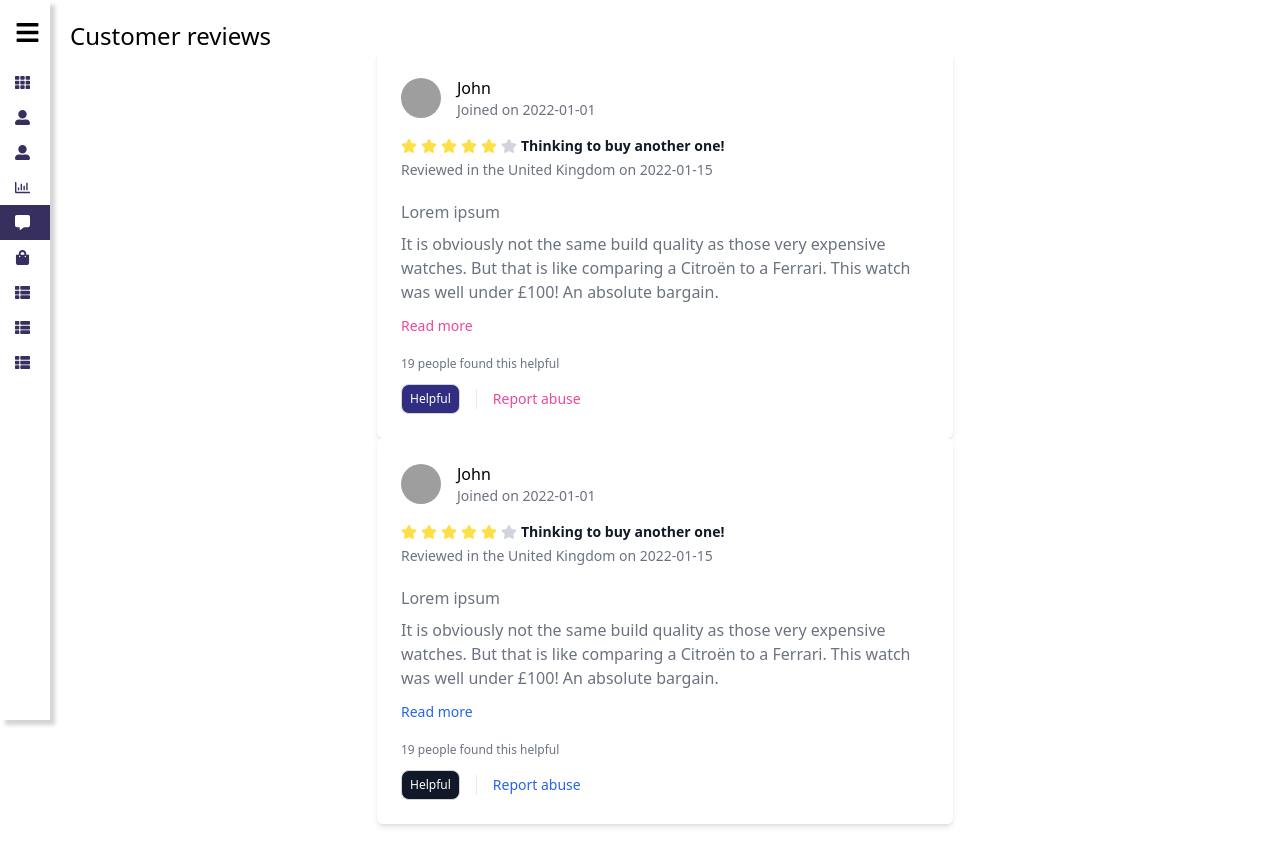
Repository: AndargWorku12/admin-dashboard
Page: /review
These files come from the project's save history. The page is drawn as it stood at one moment and after the next save; the edit follows.
The browser window is 1280 px wide. The pictures show the whole page.
Pictures or frames that could not be fetched are drawn as grey boxes. The project was rebuilt for these pictures with package versions that can differ from the ones it lists, and the page was loaded fresh each time. Also part of the build but not shown: src/styles/analytics.css, src/pages/Analytics.tsx, src/pages/Dashboard.tsx, src/styles/orders.css, src/pages/OrderTable.tsx, src/pages/OrderModal.tsx, src/pages/Orders.tsx, src/styles/category.css and 11 more.

Above is the page before, as saved 2024-02-03 03:30:10.

After the next save:
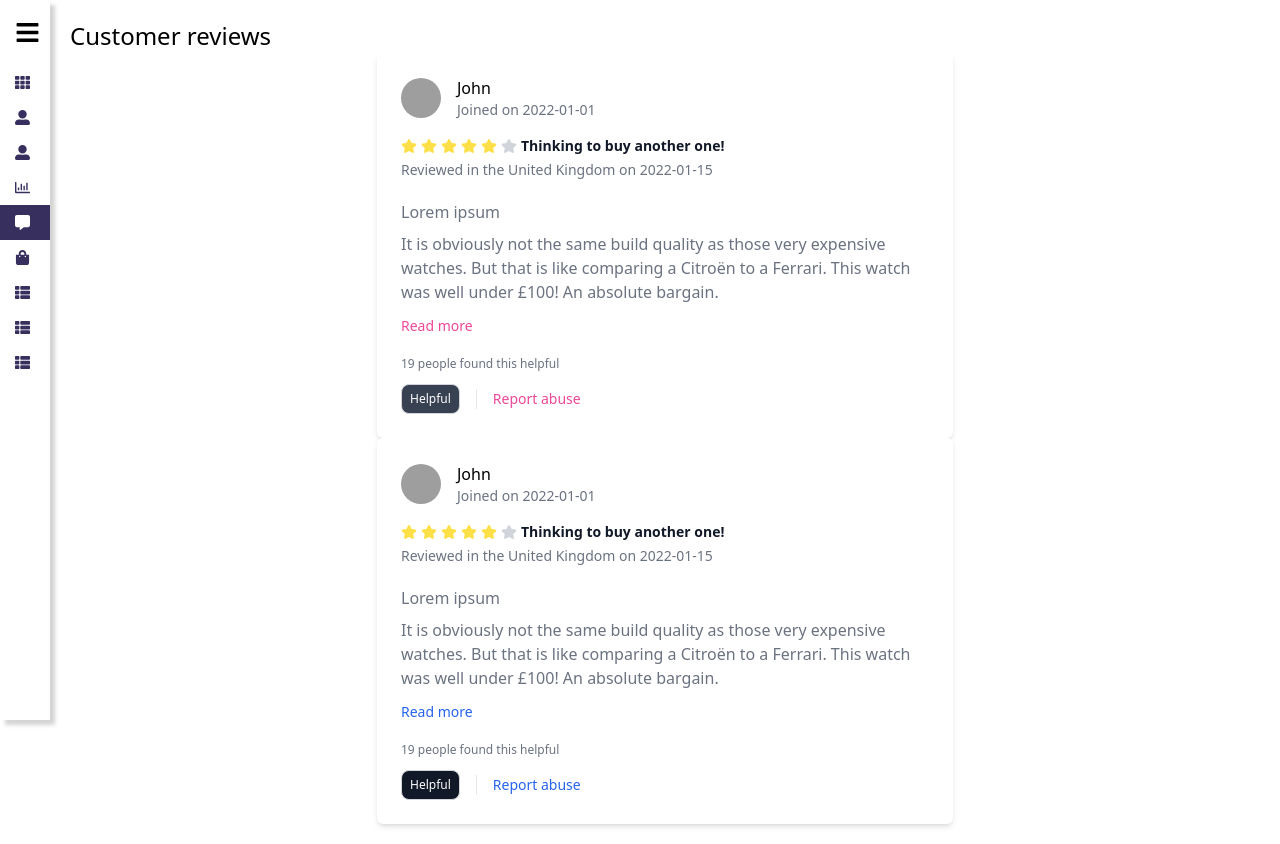
Saved 42 s later.
--- a/src/pages/CustemerReview.tsx
+++ b/src/pages/CustemerReview.tsx
@@ -64,7 +64,7 @@ const CustomerReview: React.FC<ReviewProps> = ({ username, joinedDate, reviewDat
       <aside>
         <p className="mt-1 text-xs text-gray-500 dark:text-gray-400">19 people found this helpful</p>
         <div className="flex items-center mt-3">
-          <button className="bg-indigo-900 text-white border border-gray-300 focus:outline-none hover:bg-gray-100 focus:ring-4 focus:ring-gray-200 font-medium rounded-lg text-xs px-2 py-1.5 dark:bg-gray-800 dark:text-white dark:border-gray-600 dark:hover:bg-gray-700 dark:hover:border-gray-600 dark:focus:ring-gray-700">
+          <button className="bg-gray-700 text-white border border-gray-300 focus:outline-none hover:bg-gray-100 focus:ring-4 focus:ring-gray-200 font-medium rounded-lg text-xs px-2 py-1.5 dark:bg-gray-800 dark:text-white dark:border-gray-600 dark:hover:bg-gray-700 dark:hover:border-gray-600 dark:focus:ring-gray-700">
             Helpful
           </button>
           <button className="ps-4 text-sm font-medium text-pink-500 hover:underline dark:text-pink-600 border-gray-200 ms-4 border-s md:mb-0 dark:border-gray-600">
